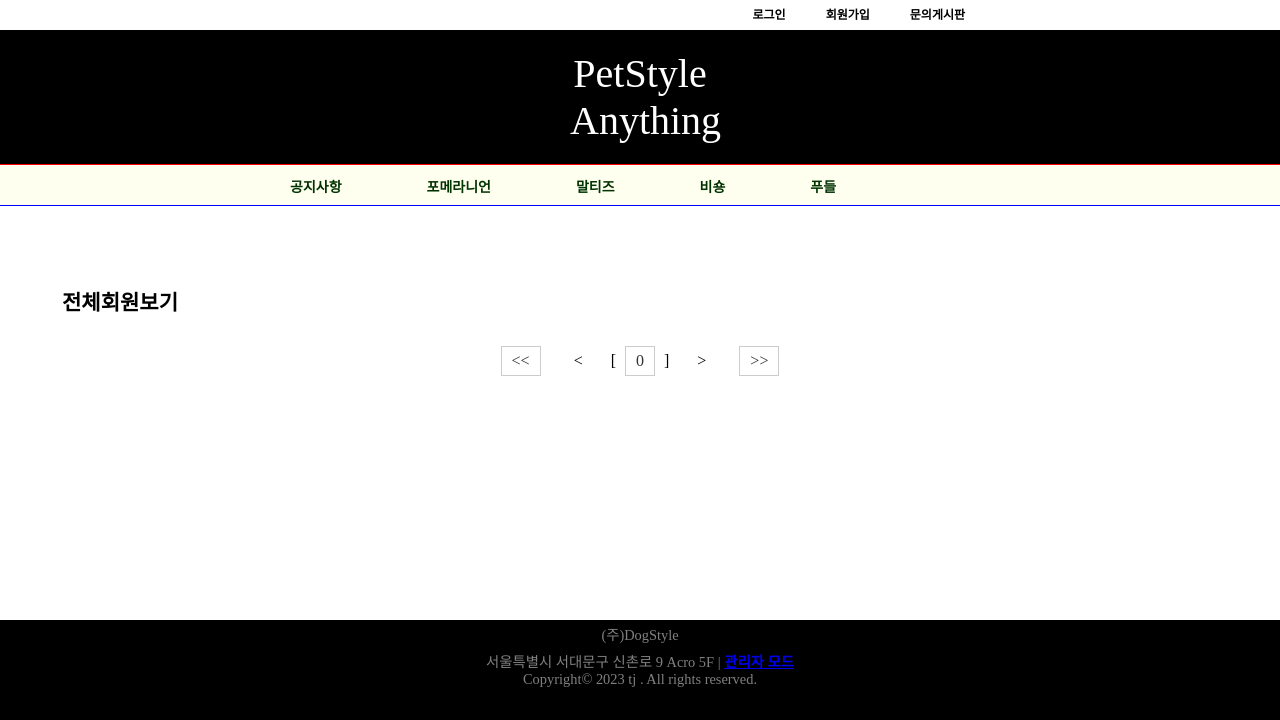
Repository: kdkk2000/Project
Page: http://localhost/petstyle/admin/allUser.jsp
The author's editor kept a copy of each file at every save. The page is drawn from the files as they stood at one save, then again after the next save.
The browser window is 1280 px wide. The pictures show the whole page.
The page is served by Tomcat 9. Other server files are loaded and not shown. The template is opened directly, without the code that normally fills it, so the values that code supplies are empty.

Above is the page before, as saved 2023-03-29 07:45:11.

### petstyle/WebContent/admin/allUser.jsp
<%@ page language="java" contentType="text/html; charset=UTF-8"
    pageEncoding="UTF-8"%>
<%@ taglib prefix="c" uri="http://java.sun.com/jsp/jstl/core" %>
<%@ taglib prefix="fmt" uri="http://java.sun.com/jsp/jstl/fmt"%>
<c:set var="conPath" value="${pageContext.request.contextPath }"/>

<!DOCTYPE html>
<html>
<head>
	<meta charset="UTF-8">
	<title>Insert title here</title>
	<link href="${conPath }/css/allUser.css" rel="stylesheet">
</head>
<body>
	<c:if test="${not empty adminLoginResult }">
		<script>
			alert('${adminLoginResult}');
		</script>
	</c:if>
	<c:if test="${not empty adminLoginErrorMsg }">
		<script>
			alert('${adminLoginErrorMsg}');
			history.back();
		</script>
	</c:if>
	<jsp:include page="../main/header.jsp"/>
	<div id="content_form">
		<table>
			<caption>전체회원보기</caption>
			<tr>
				<c:forEach var="dto" items="${users }">
					<td>
						<p>
							${dto.userName }<br>
							(${dto.userId })
						</p>
					</td>
				</c:forEach>
			</tr>
		</table>
		<p class="paging">
			<a href="${conPath }/allUser.do?pageNum=1">&lt;&lt;</a>
			&nbsp; &nbsp; &nbsp;
			<c:if test="${BLOCKSIZE < startPage}">
				<a href="${conPath }/allUser.do?pageNum=${startPage-1}">&lt;</a>
			</c:if>
			<c:if test="${BLOCKSIZE >= startPage }">
				&lt;
			</c:if>
			&nbsp; &nbsp; &nbsp;
			<c:forEach var="i" begin="${startPage }" end="${endPage }">
				<c:if test="${i eq pageNum }">
					[ <b> ${i } </b> ]
				</c:if>
				<c:if test="${i != pageNum }">
					[ <a href="${conPath }/allUser.do?pageNum=${i }"> ${i } </a> ]
				</c:if>
			</c:forEach>
			&nbsp; &nbsp; &nbsp;
			<c:if test="${endPage < pageCnt }">
				<a href="${conPath }/allUser.do?pageNum=${endPage+1 }">&gt;</a>
			</c:if>
			<c:if test="${endPage == pageCnt }">
				&gt;
			</c:if>
			&nbsp; &nbsp; &nbsp;
			<a href="${conPath }/allUser.do?pageNum=${pageCnt }">&gt;&gt;</a>
		</p>
	</div>
	<jsp:include page="../main/footer.jsp"/>
</body>
</html>

### petstyle/WebContent/main/header.jsp
<%@ page language="java" contentType="text/html; charset=UTF-8"
    pageEncoding="UTF-8"%>
<%@taglib prefix="c" uri="http://java.sun.com/jsp/jstl/core"%>
<%@taglib prefix="fmt" uri="http://java.sun.com/jsp/jstl/fmt" %>
<c:set var="conPath" value="${pageContext.request.contextPath }"/>
<!DOCTYPE html>
<html>
<head>
	<meta charset="UTF-8">
	<title>Insert title here</title>
<style>
	*{padding:0; margin: 0;}
	header {
		background-color: black; font-size: 10pt; color: white;
	}
	header a {text-decoration: none; font-weight: bold;}
	header li {list-style: none;}
	header .gnb {
	    width: 100%;
	    background-color: white;
	    margin-left: auto;
	}
	header .gnb ul {
		overflow: hidden;
		width:700px;
		height: 30px;
		line-height: 30px;
		margin: 0 auto;
	}
	header .gnb ul li {	float: right; margin-right:10px;}
	header .gnb a {
		color : black;
		font-size: 0.9em;
		display: block;
		padding-left:15px;
		padding-right:15px;
	}
	header .gnb a:hover {
		font-size: 1.2em;
  		background-color: black;
  		color: white;
	}

	header .logo{
		width:140px; text-align:center;
		margin: 20px auto; font-size:3em;
		cursor: pointer;
	}
	header .lnb {
		background-color: ivory;
	  	width: 100%; height: 40px;
	  	border-top: 1px solid red;
		border-bottom: 1px solid blue;
		position:relative; /*서브메뉴가 main영역 위로 */
	}
	header .lnb ul{
		text-align:center;
		overflow: hidden;
		width:800px;
		margin: 0 auto;
	}
	header .lnb ul>li {
		font-weight: bold;
		font-size: 14px;
		margin: 5px;
		margin-left: 20px;
		float:left;
		padding:5px 30px;
		line-height: 25px;
	}
	header .lnb li:hover {
  		background-color: black;
  		color: white;
	}
	header .lnb a {
		color : white;
		font-size: 0.9em;
		display: block;
		padding-left:15px;
		padding-right:15px;
	}
	header .lnb a:hover {
  		background-color: yellow;
  		color: black;
	}
	header .lnb li {color: #003300;}
	header .lnb ul li .subMenu {display:none;}
	header .lnb ul li:hover .subMenu {display: block; margin: 10px 0 0 0;}
</style>
</head>
<body>
<header>
	<c:if test="${empty user and empty admin}"> <%-- 로그인 전 화면 --%>
		<div class="gnb">
			<ul>
				<li><a href="${conPath }/boardList.do">문의게시판</a></li>
				<li><a href="${conPath }/joinView.do">회원가입</a></li>
				<li><a href="${conPath }/loginView.do">로그인</a></li>
			</ul>
		</div>
		<div class="logo" onclick="location.href='${conPath}/main.do'">
			PetStyle Anything
		</div>
		<div class="lnb">
			<ul>
				<li>공지사항
					<ol class="subMenu">
						<li><a href="${conPath }/noticeList.do">공지사항</a></li>
					</ol>
				</li>
				<li>포메라니언
					<ol class="subMenu">
						<li><a href="../fileBoardUp/dog.jpg">곰돌이컷</a></li>
						<li><a href="#">물개컷</a></li>
						<li><a href="#">포메컷</a></li>
						<li><a href="#">라이언컷</a></li>
						<li><a href="#">풀코트</a></li>
					</ol>
				</li>
				<li>말티즈
					<ol class="subMenu">
						<li><a href="#">알밤컷</a></li>
						<li><a href="#">곰돌이컷</a></li>
						<li><a href="#">베이비컷 </a></li>
						<li><a href="#">무스타슈 </a></li>
					</ol>
				</li>
				<li>비숑
					<ol class="subMenu">
						<li><a href="#">하이바컷</a></li>
						<li><a href="#">귀툭튀컷</a></li>
					</ol>
				</li>
				<li>푸들
					<ol class="subMenu">
						<li><a href="#">양컷</a></li>
						<li><a href="#">몽키컷</a></li>
						<li><a href="#">브로콜리컷</a></li>
						<li><a href="#">테디베어컷</a></li>
						<li><a href="#">귀똑컷</a></li>
					</ol>
				</li>
			</ul>
		</div>
	</c:if>
	<c:if test="${not empty user and empty admin}"> <%-- 사용자 모드 로그인 화면--%>
		<div class="gnb">
			<ul>
				<li><a href="${conPath }/boardList.do">문의게시판</a></li>
				<li><a href="${conPath }/logout.do">로그아웃</a></li>
				<li><a href="${conPath }/modifyView.do">정보수정</a></li>
				<li><a>${user.userName }님 &nbsp; ▶</a></li>
			</ul>
		</div>
		<div class="logo" onclick="location.href='${conPath}/main.do'">
			PetStyle Anything
		</div>
		<div class="lnb">
			<ul>
				<li>공지사항
					<ol class="subMenu">
						<li><a href="${conPath }/noticeList.do">공지사항</a></li>
					</ol>
				</li>
				<li>포메라니언
					<ol class="subMenu">
						<li><a href="#">곰돌이컷</a></li>
						<li><a href="#">물개컷</a></li>
						<li><a href="#">포메컷</a></li>
						<li><a href="#">라이언컷</a></li>
						<li><a href="#">풀코트컷</a></li>
					</ol>
				</li>
				<li>말티즈
					<ol class="subMenu">
						<li><a href="#">알밤컷</a></li>
						<li><a href="#">곰돌이컷</a></li>
						<li><a href="#">베이비컷 </a></li>
						<li><a href="#">무스타슈컷 </a></li>
					</ol>
				</li>
				<li>비숑
					<ol class="subMenu">
						<li><a href="#">하이바컷</a></li>
						<li><a href="#">귀툭튀컷</a></li>
					</ol>
				</li>
				<li>푸들
					<ol class="subMenu">
						<li><a href="#">양컷</a></li>
						<li><a href="#">몽키컷</a></li>
						<li><a href="#">브로콜리컷</a></li>
						<li><a href="#">테디베어컷</a></li>
						<li><a href="#">귀똑컷</a></li>
					</ol>
				</li>
			</ul>
		</div>
	</c:if>
	<c:if test="${empty user and not empty admin}"> <%-- 관리자 모드 로그인 화면--%>
		<div class="gnb">
			<ul>
				<li><a href="${conPath }/boardList.do">문의게시판</a></li>
				<li><a href="${conPath }/logout.do">관리자모드나가기</a></li>
				<li><a href="${conPath }/adminModify.do">정보수정</a></li>
				<li><a>${admin.adminName }님 &nbsp; ▶</a></li>
			</ul>
		</div>
		<div class="logo" onclick="location.href='${conPath}/main.do'">
			PetStyle Anything
		</div>
		<div class="lnb">
			<ul>
				<li>공지사항
					<ol class="subMenu">
						<li><a href="${conPath }/noticeList.do">공지사항</a></li>
					</ol>
				</li>
				<li>회원 리스트
					<ol class="subMenu">
						<li><a href="${conPath }/allUser.do">회원 리스트</a></li>
					</ol>
				</li>
				<li>관리자 메모장
					<ol class="subMenu">
						<li><a href="#">관리자 메모장</a></li>
					</ol>
				</li>
			</ul>
		</div>
	</c:if>
</header>
</body>
</html>

### petstyle/WebContent/main/footer.jsp
<%@ page language="java" contentType="text/html; charset=UTF-8"
    pageEncoding="UTF-8"%>
<%@taglib prefix="c" uri="http://java.sun.com/jsp/jstl/core"%>
<%@taglib prefix="fmt" uri="http://java.sun.com/jsp/jstl/fmt" %>
<c:set var="conPath" value="${pageContext.request.contextPath }"/>
<!DOCTYPE html>
<html>
<head>
<meta charset="UTF-8">
<title>Insert title here</title>
	<style>
	footer {
		position: fixed;
		bottom: 0;
		height: 100px;
		background-color: black;
		width: 100%;
	}

	#footer_conts {
		color: gray;
		font-size: 0.9em;
		text-align: center;
		margin: 0 auto;
		width: 80%;
	}

	#footer_conts p:first-child {
		height: 30px;
		line-height: 30px;
	}
</style>
</head>
<body>
	<footer>
		<div id="footer_conts">
			<p>(주)DogStyle</p>
			<p>서울특별시 서대문구 신촌로 9 Acro 5F | <b><a href="${conPath }/adminLoginView.do">관리자 모드</a></b></p>
			<p>Copyright© 2023 tj . All rights reserved.</p>
		</div>
	</footer>
</body>
</html>

### petstyle/WebContent/css/allUser.css
@charset "UTF-8";

#content_form {
  	margin: 40px auto;
  	padding: 20px;
  	text-align: center;
}

table {
	width: 200px;
  	border-collapse: collapse;
  	margin: 20px 0;
  	font-size: 14px;
  	text-align: center;
}

table caption {
  	font-size: 1.5em;
  	font-weight: bold;
  	margin-bottom: 10px;
  	text-align: center;
}

table td {
  	padding: 10px;
  	border: 1px solid #ccc;
}

table td p {
  	margin: 0;
}

.paging {
  	text-align: center;
  	margin: 20px 0;
}

.paging a {
  	display: inline-block;
  	padding: 5px 10px;
  	border: 1px solid #ccc;
  	margin: 0 5px;
  	color: #333;
  	text-decoration: none;
}

.paging a:hover {
  	background-color: #f4f4f4;
}

.paging b {
  	font-weight: bold;
}

After the next save:
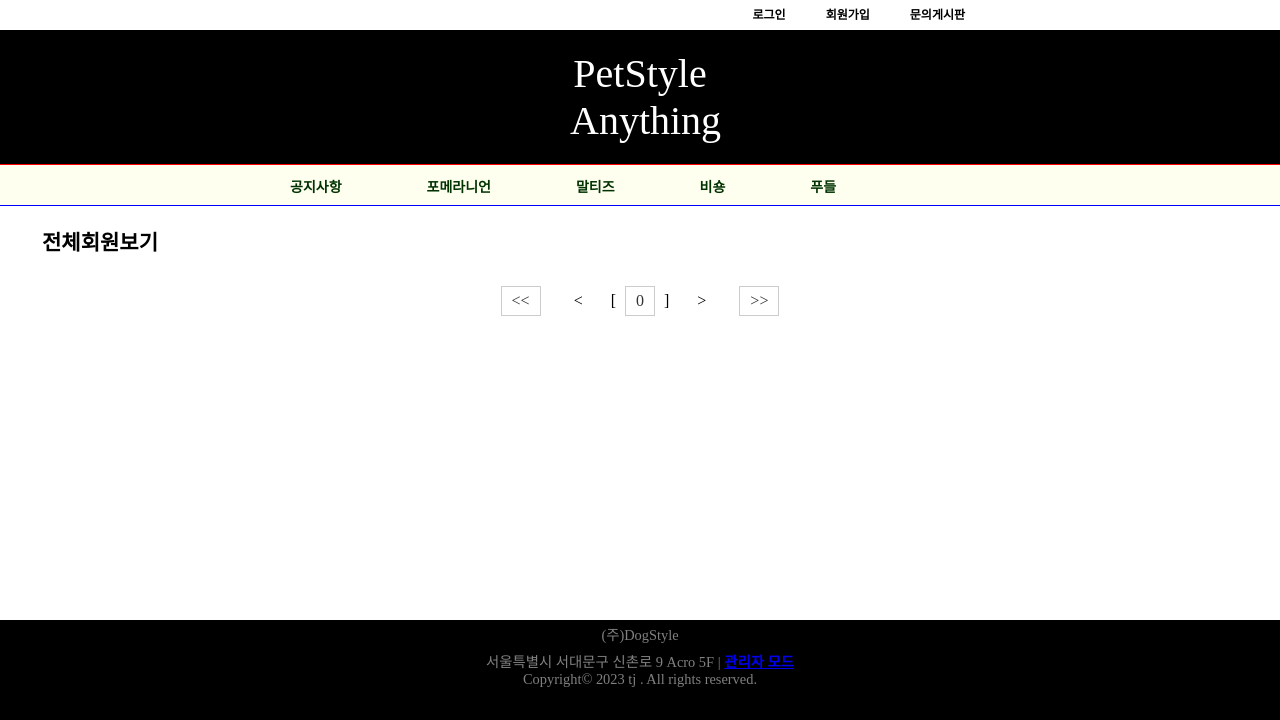
Saved 73 s later.
--- a/petstyle/WebContent/css/allUser.css
+++ b/petstyle/WebContent/css/allUser.css
@@ -1,10 +1,4 @@
 @charset "UTF-8";
-
-#content_form {
-  	margin: 40px auto;
-  	padding: 20px;
-  	text-align: center;
-}
 
 table {
 	width: 200px;
